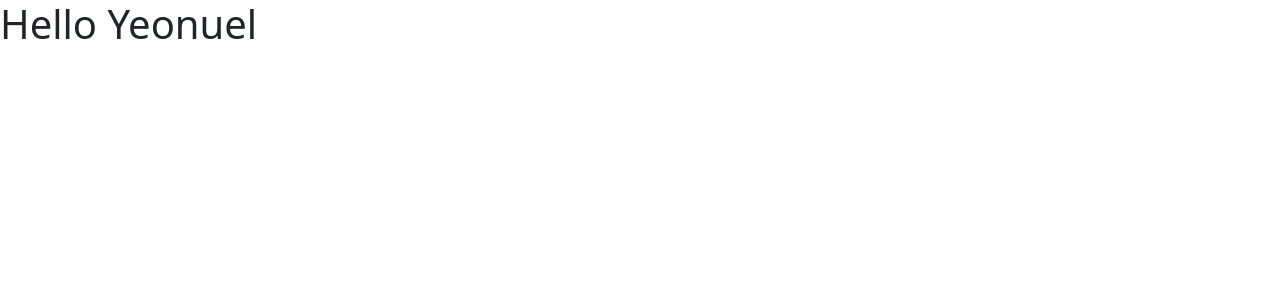
Repository: jongheonleee/react_tutorial_1
Page: /
An editor plug-in stored every save of this project. The page is shown before and after the next save, followed by the edit.
The browser window is 1280 px wide. The pictures show the whole page.
The project was rebuilt for these pictures with package versions that can differ from the ones it lists, and the page was loaded fresh each time. Also part of the build but not shown: vite.config.ts.

Above is the page before, as saved 2023-07-19 12:44:37.

After the next save:
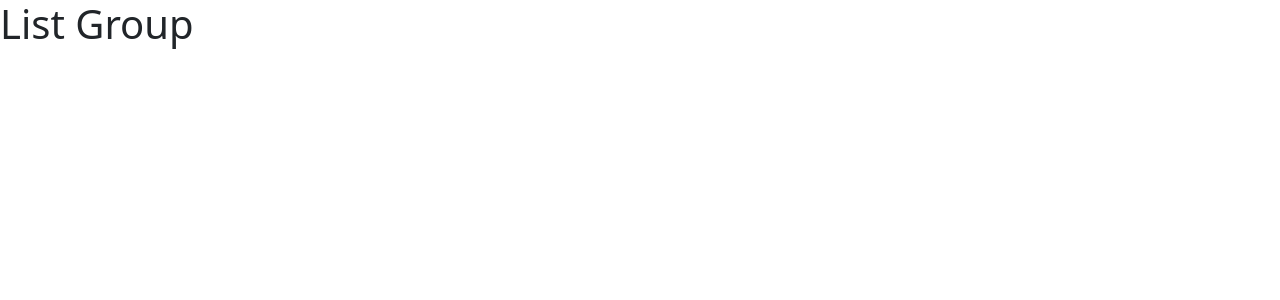
Saved 32 s later.
--- a/src/App.tsx
+++ b/src/App.tsx
@@ -1,7 +1,7 @@
-import Message from './Message';
+import ListGroup from './components/ListGroup';
 
 function App() {
-  return <div><Message /></div>
+  return <div><ListGroup /></div>
 }
 
 export default App;
